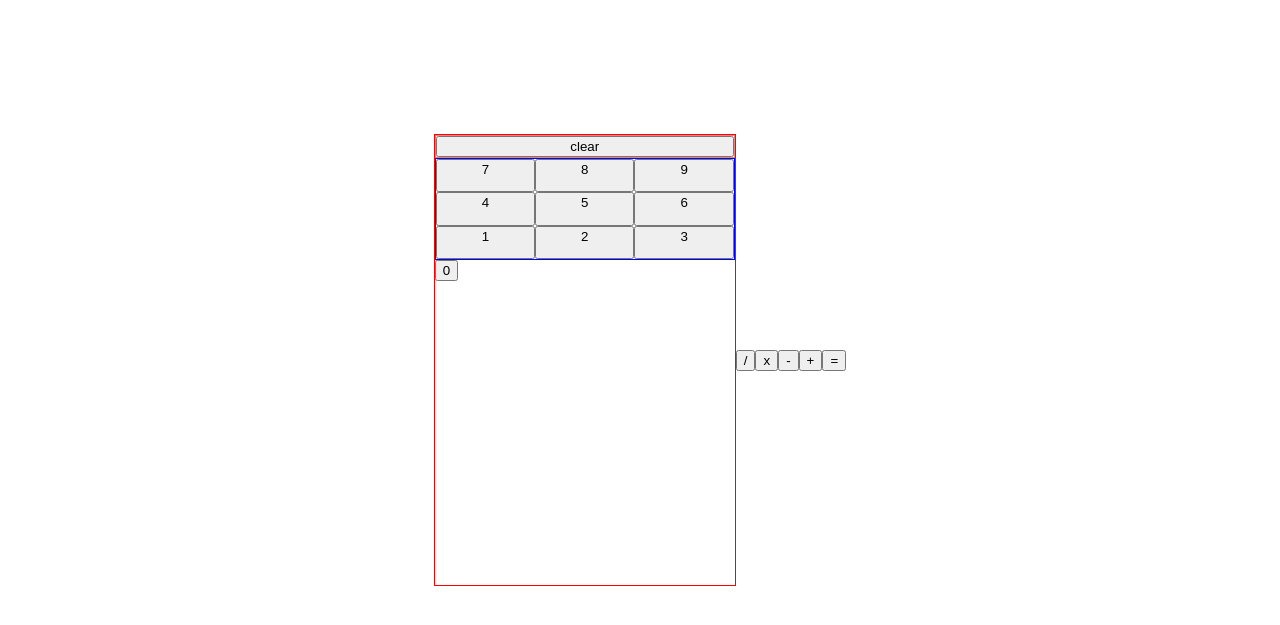
Repository: kocokoy/Calculator
Page: index.html
The author's editor kept a copy of each file at every save. The page is drawn from the files as they stood at one save, then again after the next save.
The browser window is 1280 px wide. The pictures show the whole page.

Above is the page before, as saved 2024-10-22 14:21:51.

After the next save:
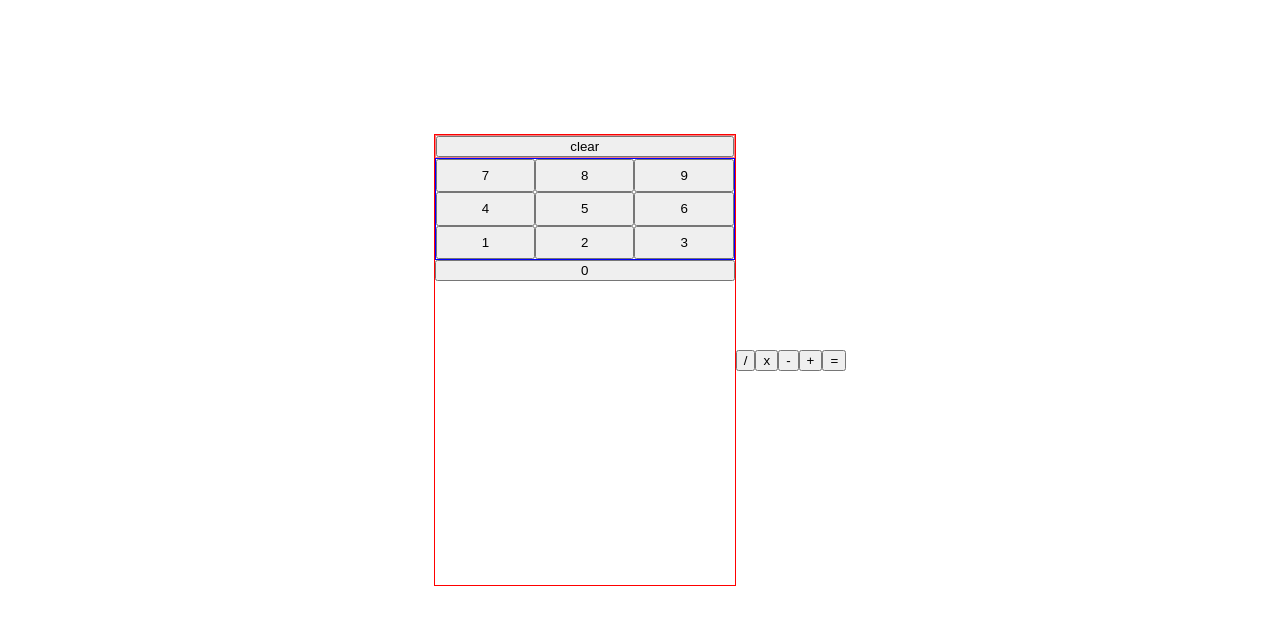
Saved 17 s later.
--- a/style.css
+++ b/style.css
@@ -26,7 +26,7 @@ body{
   border: 1px solid blue;
   height: 100px;
 }
-.zero-button{
+.zero-button-container{
   display: grid;
   grid-template-columns: 1fr;
 }
